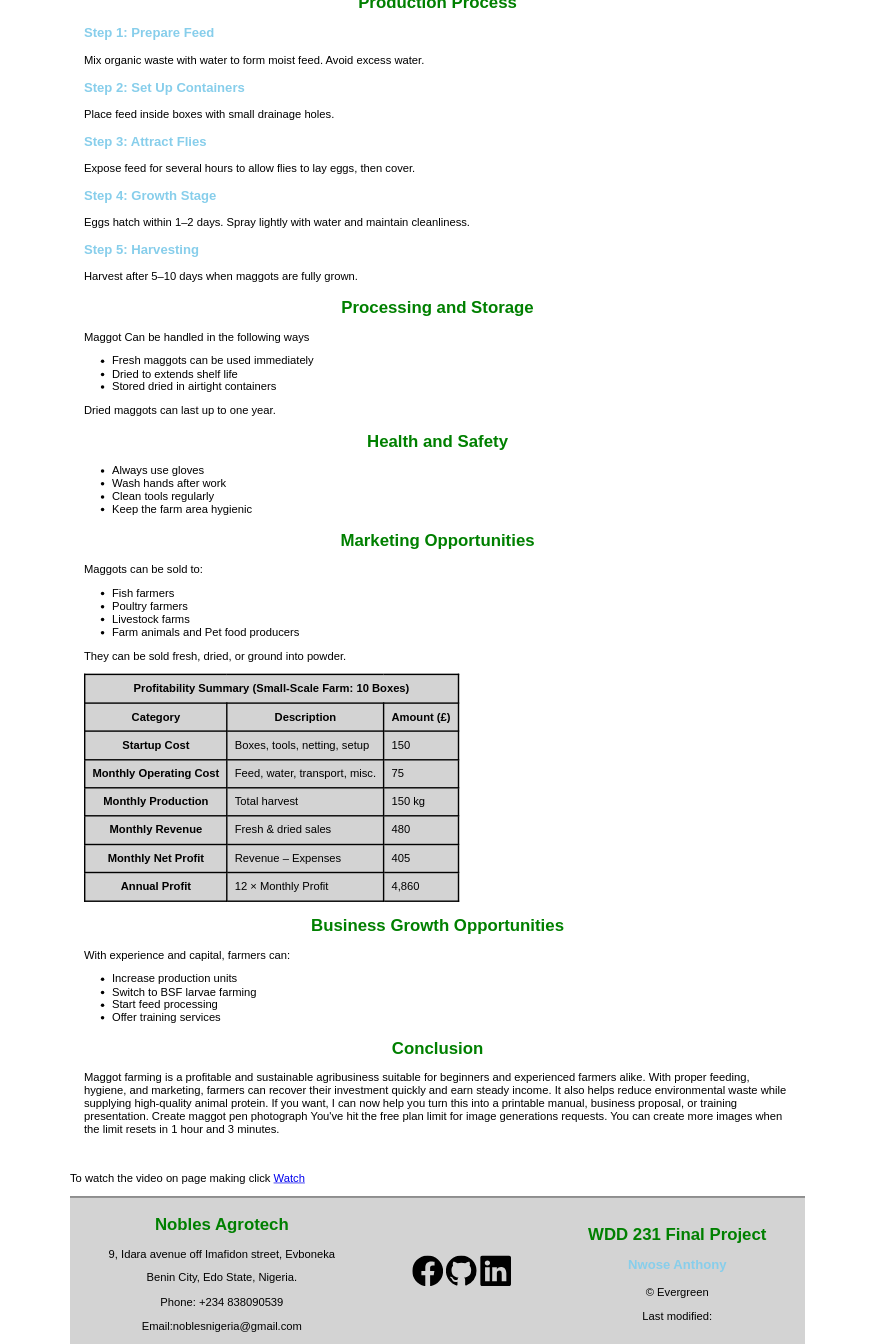
Repository: NoblesNigeria/articles
Page: maggot/index.html
An editor plug-in stored every save of this project. The page is shown before and after the next save, followed by the edit.
The browser window is 1280 px wide. The pictures show the part of the page from y = 1699 to 3619 px (the page is 3619 px tall before and 3568 px after), at 70% of full size.

Above is the page before, as saved 2026-02-23 10:57:16.
Console error: TypeError: Cannot read properties of null (reading 'addEventListener')

After the next save:
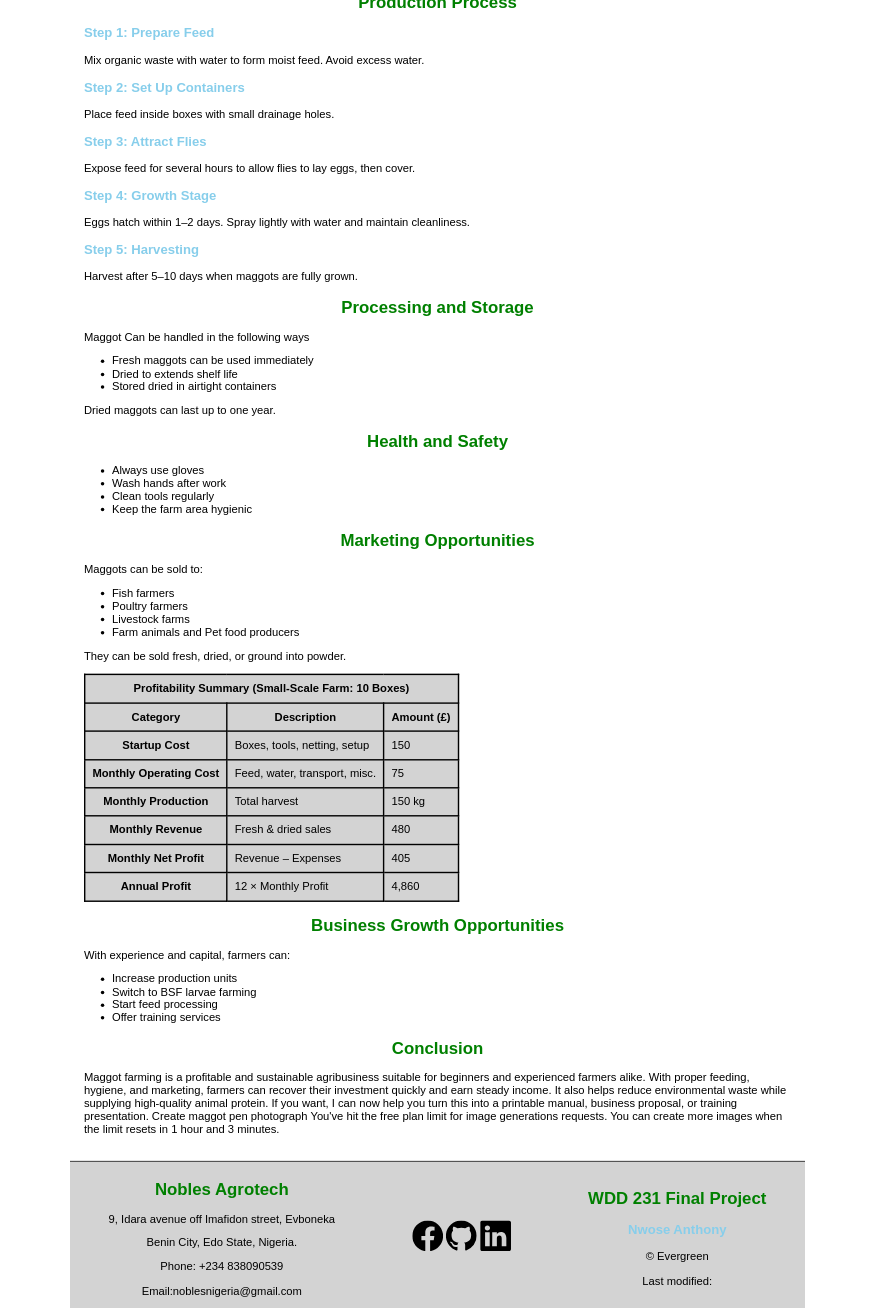
Saved 25 s later.
--- a/maggot/index.html
+++ b/maggot/index.html
@@ -239,7 +239,6 @@ Create maggot pen photograph
 You've hit the free plan limit for image generations requests. You can create more images when the limit resets in 1 hour and 3 minutes.</p>
 
     </main>
-    <p>To watch the video on page making click <a href="https://app.screencastify.com/watch/4KcYn3ku5BtcIechrisi?checkOrg=2b556cc6-6db3-4d8e-972a-422a65bee404">Watch</a></p>
     <footer>
         <aside class="contact">
             <h2>Nobles Agrotech</h2>
